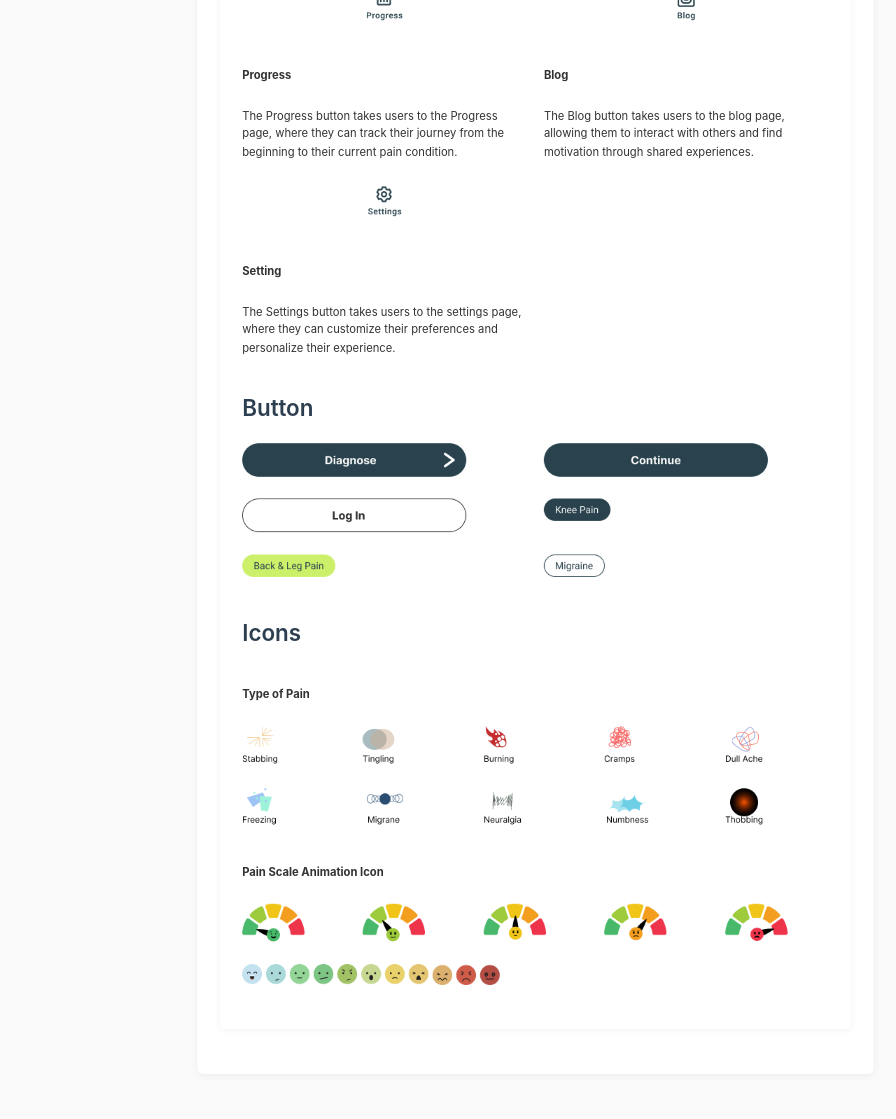
Repository: rosielee09/Heal_U
Page: graphics.html
The author's editor kept a copy of each file at every save. The page is drawn from the files as they stood at one save, then again after the next save.
The browser window is 1280 px wide. The pictures show the part of the page from y = 733 to 2653 px (the page is 2331 px tall before and 2653 px after), at 70% of full size.

Above is the page before, as saved 2025-04-03 21:45:40.

After the next save:
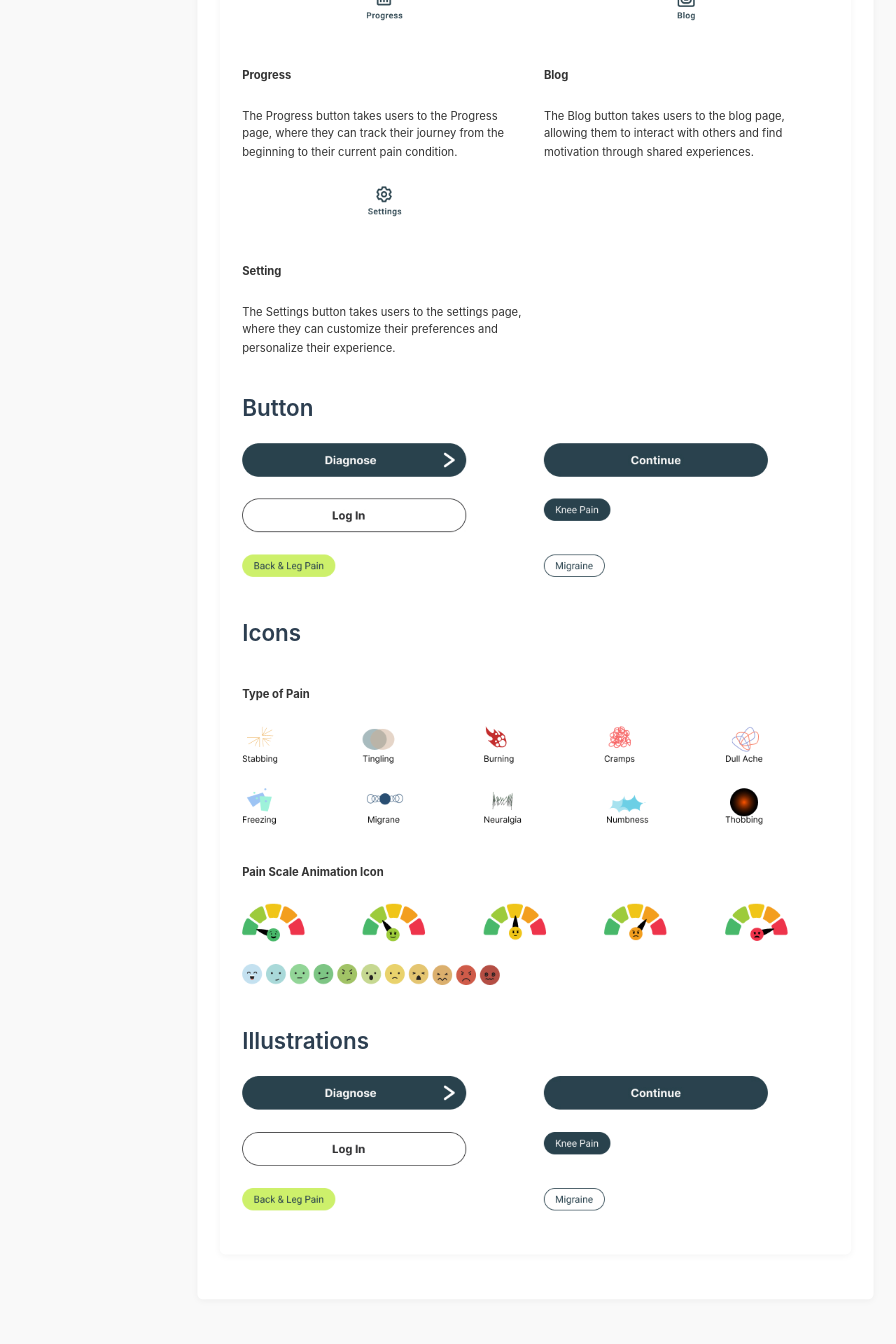
Saved 2 min 40 s later.
--- a/graphics.html
+++ b/graphics.html
@@ -112,8 +112,8 @@
                         <div class="graphic-item">
                             <img class="graphic-button__icon" src="/img/Appovation - buttons/chips-outlined.png" alt="chips-outlined">
                         </div>
-                </div>
-            </section>
+                    </div>
+                </section>
 
             <section class="component-section">
                 <h3 class="component-title">Icons </h3>
@@ -177,9 +177,32 @@
                     <img class="graphic-icons" src="/img/Appovation - icons/progress pain scale.png" alt="pain_scale_icon">
                 </div>
 
-
-
-
+        </section>
+
+        <section class="component-section">
+            <h3 class="component-title">Illustrations </h3>
+
+            <div class="graphic-grid">
+                  <!-- fill button -->
+                <div class="graphic-item">
+                    <img class="graphic-button__icon" src="/img/Appovation - buttons/Button-fill-withIcon.png" alt="fill-icon">
+                </div>
+                <div class="graphic-item">
+                    <img class="graphic-button__icon" src="/img/Appovation - buttons/Button-fill.jpg" alt="fill">
+                </div>
+                <div class="graphic-item">
+                    <img class="graphic-button__icon" src="/img/Appovation - buttons/Button-outline.jpg" alt="outline">
+                </div>
+                <div class="graphic-item">
+                    <img class="graphic-button__icon" src="/img/Appovation - buttons/chips-fill.png" alt="chips">
+                </div>
+                <div class="graphic-item">
+                    <img class="graphic-button__icon" src="/img/Appovation - buttons/chips-highlighted.png" alt="chips-highlighted">
+                </div>
+                <div class="graphic-item">
+                    <img class="graphic-button__icon" src="/img/Appovation - buttons/chips-outlined.png" alt="chips-outlined">
+                </div>
+            </div>
         </section>
 
 
